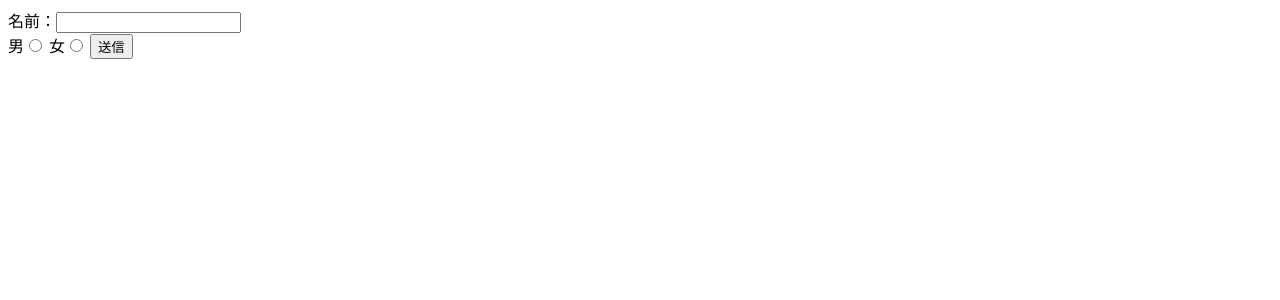
Repository: mmmtmi/practice
Page: servlet jsp/workspace_web/example05/src/main/webapp/formSampleJSP.html
These files come from the project's save history. The page is drawn as it stood at one moment and after the next save; the edit follows.
The browser window is 1280 px wide. The pictures show the whole page.

Above is the page before, as saved 2024-11-26 00:47:23.

After the next save:
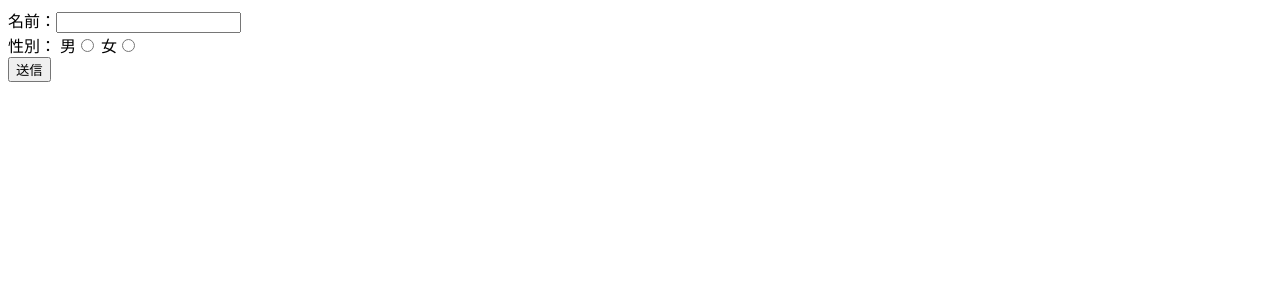
Saved 104 s later.
--- a/servlet jsp/workspace_web/example05/src/main/webapp/formSampleJSP.html
+++ b/servlet jsp/workspace_web/example05/src/main/webapp/formSampleJSP.html
@@ -5,10 +5,12 @@
 <title>Insert title here</title>
 </head>
 <body>
-	<label>名前：<input type="text" name="name"></label><br>
-	<label>男<input type="radio" name="gender" value="0"></label>
-	<label>女<input type="radio" name="gender" value="1"></label>
-	<input type="submit" value="送信">
-
+	<form action="formSampleServlet.html" method="post">
+		<label>名前：<input type="text" name="name"></label><br>
+		性別：
+		<label>男<input type="radio" name="gender" value="0"></label>
+		<label>女<input type="radio" name="gender" value="1"></label><br>
+		<input type="submit" value="送信">
+	</form>
 </body>
 </html>
